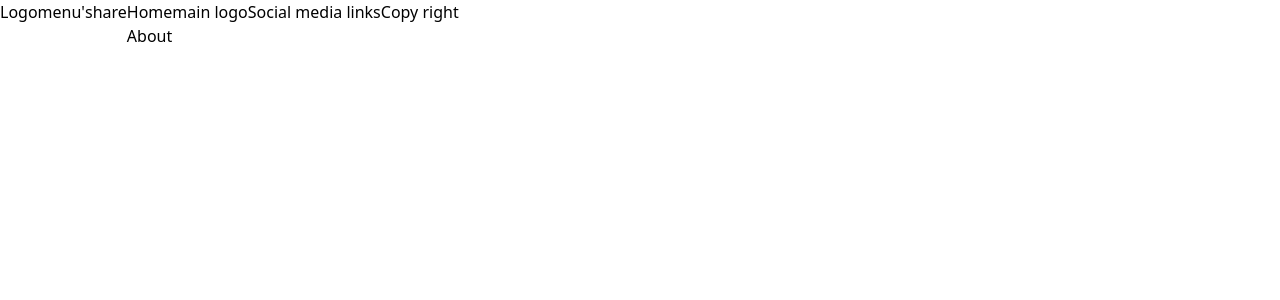
Repository: linco6054/template-tailwindcss
Page: index.html
These files come from the project's save history. The page is drawn as it stood at one moment and after the next save; the edit follows.
The browser window is 1280 px wide. The pictures show the whole page.

Above is the page before, as saved 2021-08-17 14:03:29.

### index.html
<!DOCTYPE html>
<html lang="en">
  <head>
    <meta charset="UTF-8" />
    <meta http-equiv="X-UA-Compatible" content="IE=edge" />
    <meta name="viewport" content="width=device-width, initial-scale=1.0" />
    <link
      href="https://unpkg.com/tailwindcss@^2/dist/tailwind.min.css"
      rel="stylesheet"
    />

    <title>Document</title>
  </head>
  <body class="max-w-full h-auto overflow-hidden flex sm:flex-col md:flex-row">
    <!-- nav -->
    <nav class="flex">
      <span>Logo</span>
      <span>menu</span>'
      <span>share</span>
    </nav>
    <!-- pages -->
    <section class="flex-col">
      <div>Home</div>
      <div>About</div>
    </section>
    <!-- footer -->
    <footer class="flex">
      <span>main logo</span>
      <span>Social media links</span>
      <span>Copy right</span>
    </footer>
  </body>
</html>

After the next save:
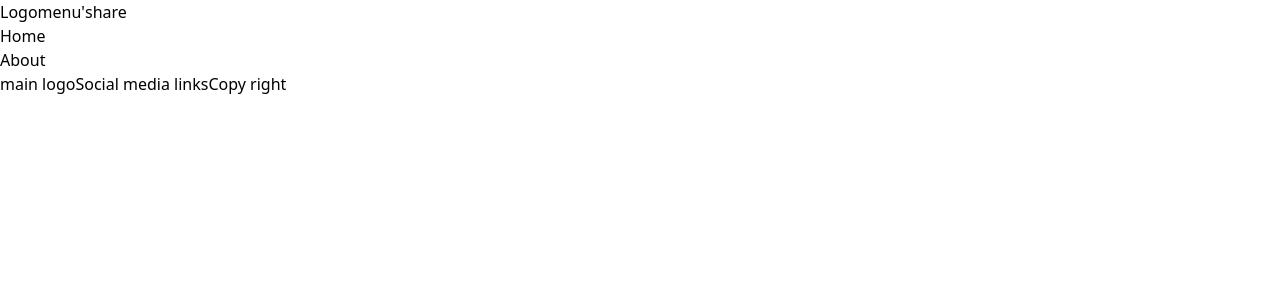
Saved 20 s later.
--- a/index.html
+++ b/index.html
@@ -11,7 +11,7 @@
 
     <title>Document</title>
   </head>
-  <body class="max-w-full h-auto overflow-hidden flex sm:flex-col md:flex-row">
+  <body class="max-w-full h-auto overflow-hidden">
     <!-- nav -->
     <nav class="flex">
       <span>Logo</span>

After the save that followed:
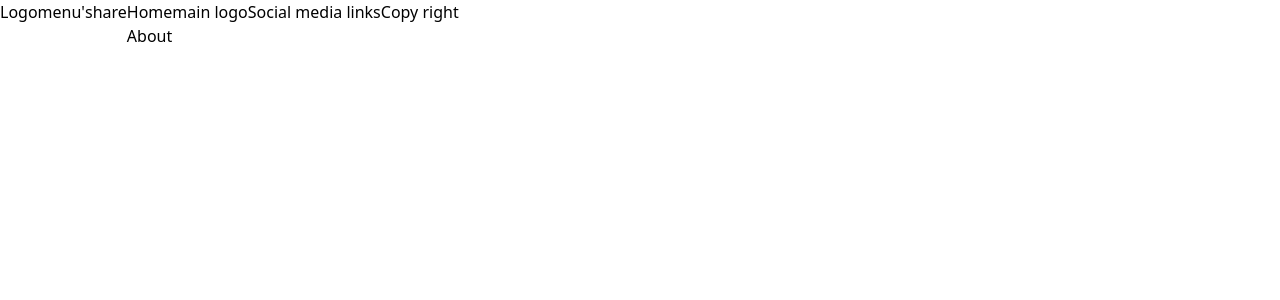
Saved 12 s later.
--- a/index.html
+++ b/index.html
@@ -11,7 +11,7 @@
 
     <title>Document</title>
   </head>
-  <body class="max-w-full h-auto overflow-hidden">
+  <body class="max-w-full h-auto overflow-hidden flex">
     <!-- nav -->
     <nav class="flex">
       <span>Logo</span>
